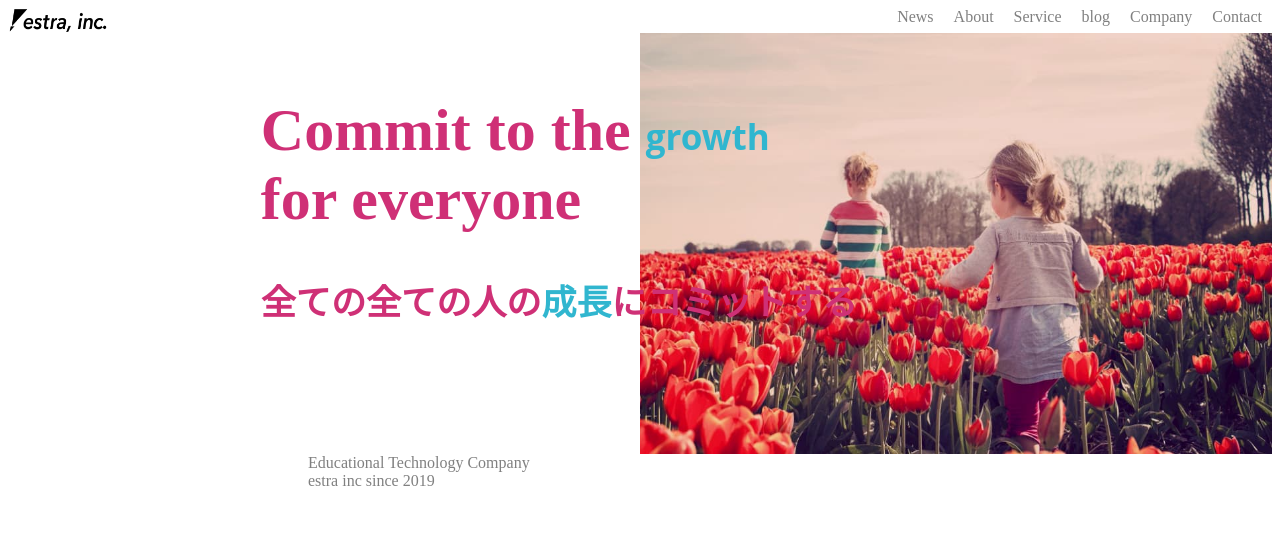
Repository: sigemasaasuka/20210902
Page: index.html
These files come from the project's save history. The page is drawn as it stood at one moment and after the next save; the edit follows.
The browser window is 1280 px wide. The pictures show the whole page.

Above is the page before, as saved 2021-09-08 16:01:37.

### index.html
<!DOCTYPE html>
<html lang="ja">

<head>
  <meta charset="UTF-8">
  <meta name="viewport" content="width=device-width, initial-scale=1.0">
  <title>Document</title>
  <link rel="stylesheet" href="css/style.css">
  <link rel="preconnect" href="https://fonts.googleapis.com">
  <link rel="preconnect" href="https://fonts.gstatic.com" crossorigin>
  <link href="https://fonts.googleapis.com/css2?family=Indie+Flower&display=swap" rel="stylesheet">
</head>

<body>
  <div class="flex">
    <img src="img/img/estra_logo.png" alt="estra_logo" width="100px" height="25px">
    <div class="parent">
      <div class="child">News</div>
      <div class="child">About</div>
      <div class="child">Service</div>
      <div class="child">blog</div>
      <div class="child">Company</div>
      <div class="child">Contact</div>

    </div>
  </div>
  <div class="relative">
    <img class="relative__img" src="img/img/firstview.jpg" alt="firstview">
    <div class="example">
      <h1>Commit to the <span class="document"> growth</span> <br>for everyone</h1>
      <div class="example-txt">
        <h3>全ての全ての人の<span class="document">成長</span>にコミットする</h3>
      </div>
    </div>
    <p class="subtitle">Educational Technology Company<br>estra inc since 2019</p>
  </div>
</body>

</html>

### css/style.css
.img {
  text-align: left;
}

.parent {
  display: flex;
  text-align: right;
  color: gray;
}

.child {
  margin: 0 10px;
}
.flex {
  display: flex;
  justify-content: space-between;
}

.relative {
  position: relative;
}

.relative__img {
  margin: 0 0 0 auto;
  display: block;
  width: 50%;
}

.example {
  position: absolute;
  top: 5%;
  left: 20%;
  font-size: 30px;
  color: #cf3076;

}

.document {
  top: 5%;
  left: 10%;
  font-size: 35px;
  color: #30b6cf;
  font-family: "Indie Flower", cursive;
  font-family: "Noto Sans JP", sans-serif;
  font-family: "Open Sans", sans-serif;
}

.subtitle {
  margin: 0px 300px;
  color: gray;
}

After the next save:
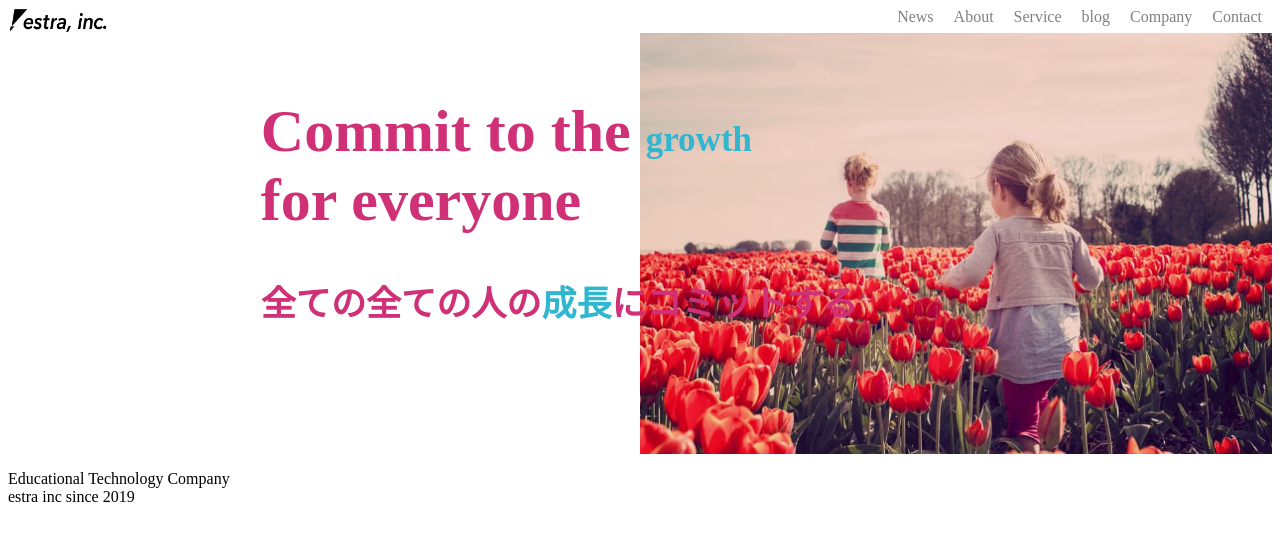
Saved 4 s later.
--- a/css/style.css
+++ b/css/style.css
@@ -40,10 +40,7 @@
   left: 10%;
   font-size: 35px;
   color: #30b6cf;
-  font-family: "Indie Flower", cursive;
-  font-family: "Noto Sans JP", sans-serif;
-  font-family: "Open Sans", sans-serif;
-}
+
 
 .subtitle {
   margin: 0px 300px;

After the save that followed:
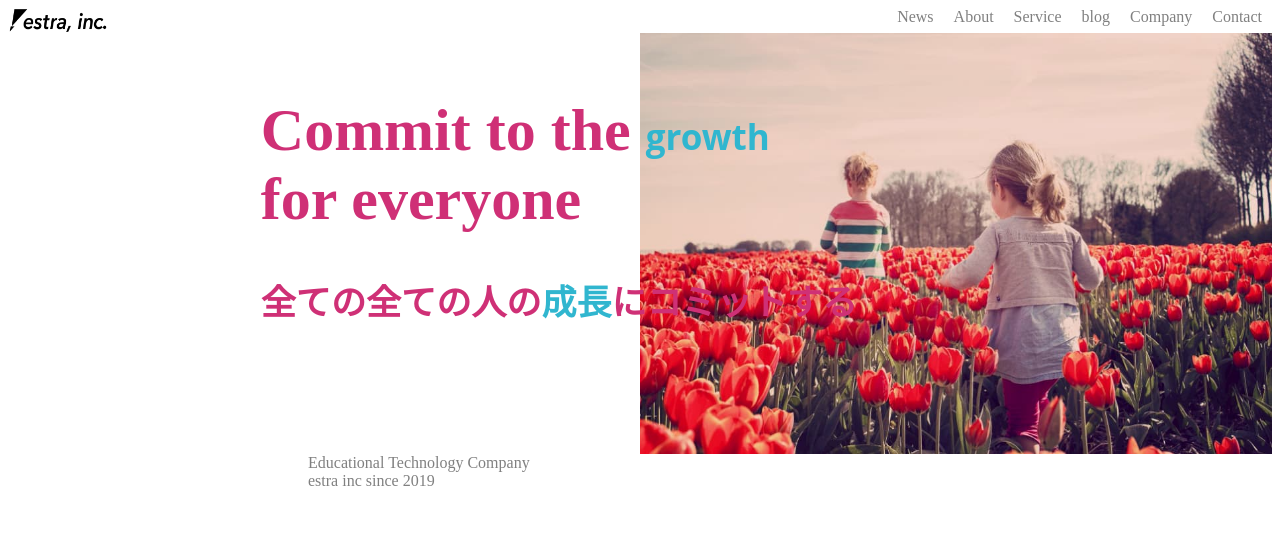
Saved 17 s later.
--- a/css/style.css
+++ b/css/style.css
@@ -40,7 +40,10 @@
   left: 10%;
   font-size: 35px;
   color: #30b6cf;
-
+  font-family: "Indie Flower", cursive;
+  font-family: "Noto Sans JP", sans-serif;
+  font-family: "Open Sans", sans-serif;
+}
 
 .subtitle {
   margin: 0px 300px;
